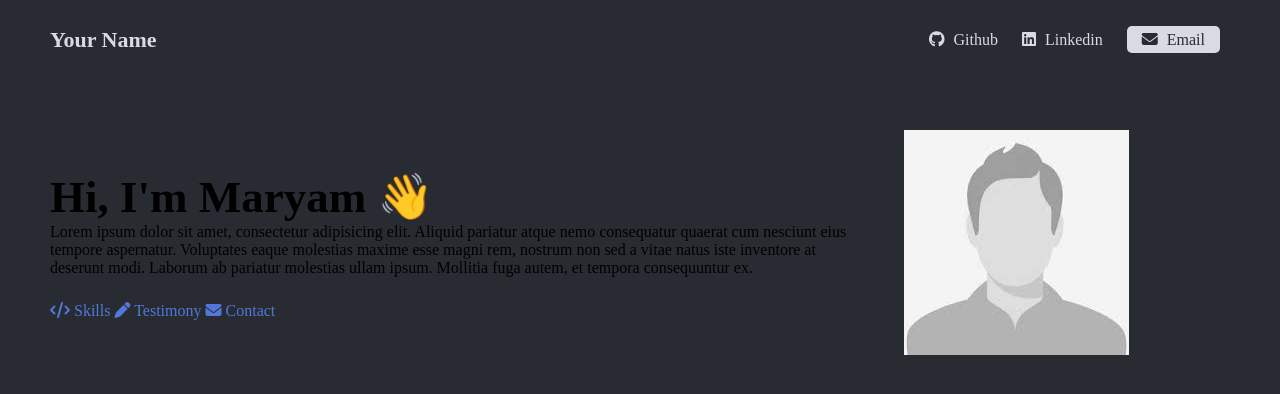
Repository: MaramMaryam/my-portfolio-test
Page: index.html
The author's editor kept a copy of each file at every save. The page is drawn from the files as they stood at one save, then again after the next save.
The browser window is 1280 px wide. The pictures show the whole page.
Some web libraries are served in a nearby version.

Above is the page before, as saved 2024-09-17 21:15:14.

### index.html
<!DOCTYPE html>
<html lang="en">

<head>
    <meta charset="UTF-8">
    <meta name="viewport" content="width=device-width, initial-scale=1.0">

    <link rel="preconnect" href="https://fonts.googleapis.com">
    <link rel="preconnect" href="https://fonts.gstatic.com" crossorigin>
    <link
        href="https://fonts.googleapis.com/css2?family=Poppins:ital,wght@0,100;0,200;0,300;0,400;0,500;0,600;0,700;0,800;0,900;1,100;1,200;1,300;1,400;1,500;1,600;1,700;1,800;1,900&display=swap"
        rel="stylesheet">

    <link rel="stylesheet" href="https://cdnjs.cloudflare.com/ajax/libs/font-awesome/6.6.0/css/all.min.css"
        integrity="sha512-Kc323vGBEqzTmouAECnVceyQqyqdsSiqLQISBL29aUW4U/M7pSPA/gEUZQqv1cwx4OnYxTxve5UMg5GT6L4JJg=="
        crossorigin="anonymous" referrerpolicy="no-referrer" />

    <link rel="stylesheet" href="styles.css">
    <title>My Portfolio</title>
</head>

<body>
    <!--navbar-->
    <nav>
        <div class="left">
            <a href="/"> Your Name </a>
        </div>
        <div class="right">
            <a href="http://github.com" target="_blank" rel="">
                <i class="fa-brands fa-github"></i>
                <span>Github</span>
            </a>

            <a href="http://linkedin.com" target="_blank" rel="">
                <i class="fa-brands fa-linkedin"></i>
                <span>Linkedin</span>
            </a>

            <a href="mailto:example@gmail.com">
                <i class="fa-solid fa-envelope"></i>
                <span>Email</span>
            </a>
        </div>
    </nav>
    <main>
        <!--section1-->
        <section class="hero-section">
            <div class="text">
                <h2>Hi, I'm Maryam 👋</h2>
                <p>Lorem ipsum dolor sit amet, consectetur adipisicing elit.
                    Aliquid pariatur atque nemo consequatur quaerat cum nesciunt eius tempore aspernatur.
                     Voluptates eaque molestias maxime esse magni rem, nostrum non sed a vitae natus iste inventore at deserunt modi.
                    Laborum ab pariatur molestias ullam ipsum.
                    Mollitia fuga autem, et tempora consequuntur ex.</p>

                    <div class="links">
                        <a href="#skills">
                            <i class="fa-solid fa-code"></i>
                            <span>Skills</span>
                        </a>
                        <a href="#testimony">
                            <i class="fa-solid fa-pen"></i>
                            <span>Testimony</span>
                        </a>
                        <a href="#contact">
                            <i class="fa-solid fa-envelope"></i>
                            <span>Contact</span>
                        </a>
                    </div>
            </div>
            <div class="headshot">
                <img src="images/headshot.jfif" alt="">
            </div>
        </section>
        <!--section2: skills-->
        <section id="skills"></section>
        <!--section3: testimony-->
        <section id="testimony"></section>
        <!--section4: contact-->
        <section id="contact"></section>
    </main>
</body>

</html>

### styles.css
:root {
    --text-color: #d8dce2;
    --link-color: #5377d8;
    --background-color: #282b31;
}
* {
    margin: 0;
    padding: 0;
    box-sizing: border-box;
}
html {
    scroll-behavior: smooth;
}
body {
    font-family: 'Poppins' sans-serif;
    background-color: var(--background-color);
}
a {
    color: var(--link-color);
    text-decoration: none;
}

/* NAVBAR */
nav {
    display: flex;
    justify-content: space-between;
    padding: 0 50px;
    height: 80px;
    align-items: center;
}
nav .left a {
    color: var(--text-color);
    font-size: 22px;
    font-weight: 600;
}
nav .right a {
    color: var(--text-color);
    margin: 0 10px;
}
nav .right a:last-child {
    color: var(--background-color);
    background-color: var(--text-color);
    padding: 5px 15px;
    border-radius: 5px;
}
nav .right a span {
    margin-left: 5px;
}
/* SECTION 1: HERO */
.hero-section {
    display: flex;
    justify-content: space-between;
    align-items: center;
    padding: 0 50px;
    margin: 50px 0;
    gap: 40px;
}
.hero-section .text {
    flex: 5;
}
.hero-section .text h2 {
    font-size: 45px;
}
.hero-section .text .links {
    margin-top: 25px;
}
.hero-section .text .links a {
    display: inline-block;
    padding: ;
}
.hero-section .headshot {
    flex: 2;
}
@media (max-width:600px) {
    /* NAVBAR */
    nav{
        padding: 0 20px;
    }
    nav .right a {
        font-style: 22px;
    }
    nav .right a:last-child {
        color: var(--text-color);
        background-color: transparent;
        padding: 0;
    }
    nav .right a span{
        display: none;
    }
}

After the next save:
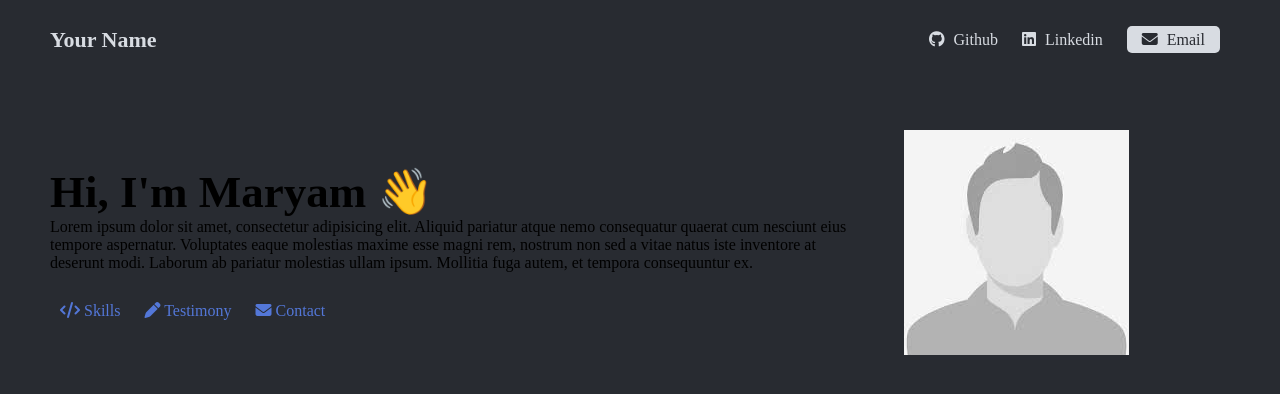
Saved 5 s later.
--- a/styles.css
+++ b/styles.css
@@ -66,7 +66,7 @@ nav .right a span {
 }
 .hero-section .text .links a {
     display: inline-block;
-    padding: ;
+    padding: 5px 10px;
 }
 .hero-section .headshot {
     flex: 2;
